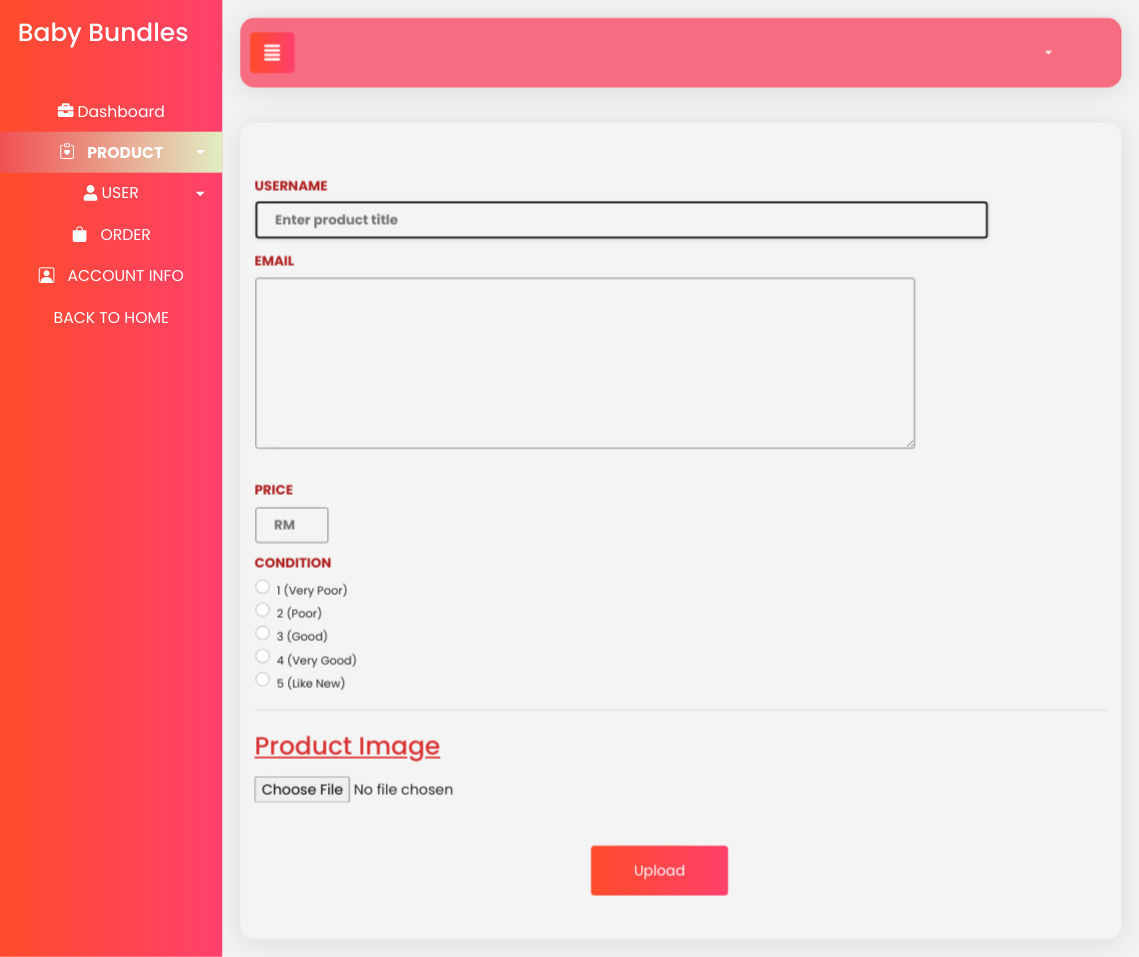
Repository: jiahow99/Baby-Bundles-University
Page: http://localhost/admin-edituser.php
An editor plug-in stored every save of this project. The page is shown before and after the next save, followed by the edit.
The browser window is 1280 px wide. The pictures show the whole page, at 89% of full size.
Some web libraries are served in a nearby version. The page is run by PHP 8.4 with error messages shown; the project is at /var/www/html/.

Above is the page before, as saved 2022-11-25 00:57:29.

### admin-edituser.php
<!DOCTYPE html>
<html>

<head>
    <meta charset="utf-8">
    <meta name="viewport" content="width=device-width, initial-scale=1.0">
    <meta http-equiv="X-UA-Compatible" content="IE=edge">

    <title>Admin-Product</title>

    <!-- Bootstrap CSS CDN -->
    <link rel="stylesheet" href="https://stackpath.bootstrapcdn.com/bootstrap/4.1.0/css/bootstrap.min.css" integrity="sha384-9gVQ4dYFwwWSjIDZnLEWnxCjeSWFphJiwGPXr1jddIhOegiu1FwO5qRGvFXOdJZ4" crossorigin="anonymous">
    <!-- Our Custom CSS -->
    <link rel="stylesheet" href="css/admin.style.css">

    <!-- Font Awesome JS -->
    <script defer src="https://use.fontawesome.com/releases/v5.0.13/js/solid.js" integrity="sha384-tzzSw1/Vo+0N5UhStP3bvwWPq+uvzCMfrN1fEFe+xBmv1C/AtVX5K0uZtmcHitFZ" crossorigin="anonymous"></script>
    <script defer src="https://use.fontawesome.com/releases/v5.0.13/js/fontawesome.js" integrity="sha384-6OIrr52G08NpOFSZdxxz1xdNSndlD4vdcf/q2myIUVO0VsqaGHJsB0RaBE01VTOY" crossorigin="anonymous"></script>
    <!-- Bootstrap Icon -->
    <link rel="stylesheet" href="https://cdn.jsdelivr.net/npm/bootstrap-icons@1.3.0/font/bootstrap-icons.css">
    <!-- JQuery -->
    <script src="https://code.jquery.com/jquery-3.5.1.min.js"></script>
    <!-- Bootstrap Icon -->
    <link rel="stylesheet" href="https://cdn.jsdelivr.net/npm/bootstrap-icons@1.9.1/font/bootstrap-icons.css" integrity="sha384-xeJqLiuOvjUBq3iGOjvSQSIlwrpqjSHXpduPd6rQpuiM3f5/ijby8pCsnbu5S81n" crossorigin="anonymous">
    <!-- JavaScript Bundle with Popper -->
    <script src="https://cdn.jsdelivr.net/npm/bootstrap@5.2.3/dist/js/bootstrap.bundle.min.js" integrity="sha384-kenU1KFdBIe4zVF0s0G1M5b4hcpxyD9F7jL+jjXkk+Q2h455rYXK/7HAuoJl+0I4" crossorigin="anonymous"></script>
    <link href="http://cdnjs.cloudflare.com/ajax/libs/font-awesome/4.3.0/css/font-awesome.css" rel="stylesheet"  type='text/css'>


</head>

<body>

    <div class="wrapper">
        <!-- Sidebar  -->
        <?php require 'admin-sidebar.php' ?>

        <!-- Page Content  -->
        <div id="content" style="background-color:#F2F2F2">
            <?php require 'admin-topnavbar.php' ?>

            <form class="container glass" id="edit-user">
                <div class="row mt-5">
                    <label for="" class="name text-uppercase col-12">Username</label>
                    <input class="input--style-6 col-10 ml-3" type="text" name="title" placeholder="Enter product title" required autofocus>
                </div>

                <div class="row mb-4">
                    <label for="" class="name text-uppercase col-12">Email</label>
                    <textarea name="description" class="textarea--style-6 ml-3 col-9" id="" rows="5"></textarea>
                </div>

                <div class="row">
                    <label for="" class="name text-uppercase col-12">Price</label>
                    <input class="input--style-6 col-1 ml-3" type="text" name="title" placeholder="RM" required>
                </div>

                <div class="row">
                            <!-- Product Condition -->
                            <label for="" class="name text-uppercase col-12">Condition</label>
                                <div class="value ml-3">
                                    <div class="form-check form-check-inline">
                                        <input class="form-check-input" type="radio" name="condition" id="inlineRadio1" value="1">
                                        <label class="form-check-label small" for="inlineRadio1">1 (Very Poor)</label>
                                    </div>
                                    <div class="form-check form-check-inline">
                                        <input class="form-check-input" type="radio" name="condition" id="inlineRadio2" value="2">
                                        <label class="form-check-label small" for="inlineRadio2">2 (Poor)</label>
                                    </div>
                                    <div class="form-check form-check-inline">
                                        <input class="form-check-input" type="radio" name="condition" id="inlineRadio3" value="3">
                                        <label class="form-check-label small" for="inlineRadio3">3 (Good)</label>
                                    </div>
                                    <div class="form-check form-check-inline">
                                        <input class="form-check-input" type="radio" name="condition" id="inlineRadio4" value="4">
                                        <label class="form-check-label small" for="inlineRadio4">4 (Very Good)</label>
                                    </div>
                                    <div class="form-check form-check-inline">
                                        <input class="form-check-input" type="radio" name="condition" id="inlineRadio5" value="5">
                                        <label class="form-check-label small" for="inlineRadio5">5 (Like New)</label>
                                    </div>
                            </div>
                        </div>


                <hr>

                <h3 style="color:#da3333;text-decoration: underline;" class="mb-3 mt-4">Product Image</h3>
                <input type="file" name="image" id="">

                <div class="row justify-content-center my-5 ">
                    <button class="btn btn-primary px-5 py-3 mr-5" type="submit">Upload</button>
                </div>

            </form>
    </div>

    <!-- Popper.JS -->
    <script src="https://cdnjs.cloudflare.com/ajax/libs/popper.js/1.14.0/umd/popper.min.js" integrity="sha384-cs/chFZiN24E4KMATLdqdvsezGxaGsi4hLGOzlXwp5UZB1LY//20VyM2taTB4QvJ" crossorigin="anonymous"></script>
    <!-- Bootstrap JS -->
    <script src="https://stackpath.bootstrapcdn.com/bootstrap/4.1.0/js/bootstrap.min.js" integrity="sha384-uefMccjFJAIv6A+rW+L4AHf99KvxDjWSu1z9VI8SKNVmz4sk7buKt/6v9KI65qnm" crossorigin="anonymous"></script>

    <script type="text/javascript">
        $(document).ready(function () {
            $('#sidebarCollapse').on('click', function () {
                $('#sidebar').toggleClass('active');
                $('#dashboardlabel').toggleClass('d-none');
                $('#userlabel').toggleClass('d-none');
                $('#productlabel').toggleClass('d-none');
                $('#orderlabel').toggleClass('d-none');
                $('#accountlabel').toggleClass('d-none');
                $('#logoutlabel').toggleClass('d-none');
            });
        });
    </script>
</body>

</html>

### admin-sidebar.php
<!-- Sidebar  -->
<nav id="sidebar">
    <div class="sidebar-header">
        <h3>Baby Bundles</h3>
        <strong>BS</strong>
    </div>

    <ul class="list-unstyled components">
        <!-- Dashboard -->
        <li id="sidebar-dashboard">
            <a href="admin-dashboard.php">
                <i class="fas fa-briefcase"></i>
                <span id="dashboardlabel">Dashboard</span>
            </a>
        </li>
        <!-- Product -->
        <li id="sidebar-product">
            <a href="#homeSubmenu" data-toggle="collapse" aria-expanded="false" class="dropdown-toggle">
                <i class="bi bi-clipboard-heart"></i>
                <span id="productlabel">PRODUCT</span>
            </a>
            <ul class="collapse list-unstyled" id="homeSubmenu">
                <li>
                    <a href="admin-addproduct.php">ADD PRODUCT</a>
                </li>
                <li>
                    <a href="admin-viewproduct.php">DELETE PRODUCT</a>
                </li>
                <li>
                    <a href="admin-viewproduct.php">VIEW ALL</a>
                </li>
            </ul>
        </li>
        <!-- User -->
        <li id="sidebar-user">
            <a href="#pageSubmenu" data-toggle="collapse" aria-expanded="false" class="dropdown-toggle">
            <i class="fas fa-solid fa-user"></i>
                <span id="userlabel">USER</span>
            </a>
            <ul class="collapse list-unstyled" id="pageSubmenu">
                <li>
                    <a href="admin-viewuser.php">DELETE USER</a>
                </li>
                <li>
                    <a href="admin-viewuser.php">VIEW USERS</a>
                </li>
            </ul>
        </li>
        <!-- Order -->
        <li id="sidebar-order">
            <a href="admin-vieworder.php">
            <i class="bi bi-bag-fill"></i>
                <span id="orderlabel">ORDER</span>
            </a>
        </li>
        <!-- Account Info -->
        <li>
            <a href="account-info.php">
                <i class="bi bi-person-square"></i>
                <span id="accountlabel">ACCOUNT INFO</span>
            </a>
        </li>
        <!-- Back to home -->
        <li>
            <a href="index.php">
                <span id="logoutlabel">BACK TO HOME</span>
            </a>
        </li>
    </ul>
</nav>

<script>

  // Add 'active' class to navigation
  function activeNav(id){
    var nav = document.getElementById(id);
    nav.classList.add('active');
  }

  var title = document.title;

  switch(title){
    case 'Admin-Product':
      activeNav('sidebar-product');
      break;
    case 'Admin-User':
      activeNav('sidebar-user');
      break;
    case 'Admin-Order':
      activeNav('sidebar-order');
      break;
    case 'Admin-Dashboard':
      activeNav('sidebar-dashboard');
      break;
  }
</script>

### admin-topnavbar.php
<nav class="navbar navbar-expand-lg navbar-light bg-admin">
    <div class="container-fluid pl-0">

        <button type="button" id="sidebarCollapse" class="btn-lg btn-primary">
            <i class="fas fa-align-justify"></i>
            <!-- <span>Toggle Sidebar</span> -->
        </button>
        <button class="btn btn-dark d-inline-block d-lg-none ml-auto" type="button" data-toggle="collapse" data-target="#navbarSupportedContent" aria-controls="navbarSupportedContent" aria-expanded="false" aria-label="Toggle navigation">
            <i class="fas fa-align-justify"></i>
        </button>

        <div class="collapse navbar-collapse" id="navbarSupportedContent">
            <ul class="nav navbar-nav ml-auto">
                <li class="nav-item dropdown mx-lg-3 col-2 col-lg-1" >
                    <a href="#" class="nav-link dropdown-toggle user-account text-white" id="userDropdownMenuLink" data-bs-toggle="dropdown" aria-haspopup="true" aria-expanded="false">
                    <?php
                    // Username
                    if(isset($_COOKIE['username'])){
                        echo $_COOKIE['username'];
                    }
                    ?>
                    </a>
                    <div class="dropdown-menu text-sm " aria-labelledby="userDropdownMenuLink">
                        <a href="account-info.php" class="dropdown-item">Account</a>
                        <a href="index.php" class="dropdown-item">Back to home</a>
                        <a href="logout.php" class="dropdown-item">Logout</a>
                    </div>
                </li>
            </ul>
        </div>
    </div>
</nav>

### css/admin.style.css
/*
    DEMO STYLE
*/

@import "https://fonts.googleapis.com/css?family=Poppins:300,400,500,600,700";

body {
    font-family: 'Poppins', sans-serif;
    background: #fafafa;
}

p {
    font-family: 'Poppins', sans-serif;
    font-size: 1.1em;
    font-weight: 300;
    line-height: 1.7em;
    color: #999;
}

a,
a:hover,
a:focus {
    color: inherit;
    text-decoration: none;
    transition: all 0.3s;
}

.navbar {
    padding: 15px 10px;
    background: #fff;
    border: none;
    border-radius: 0;
    margin-bottom: 40px;
    box-shadow: 1px 1px 3px rgba(0, 0, 0, 0.1);
}

.navbar-btn {
    box-shadow: none;
    outline: none !important;
    border: none;
}

.line {
    width: 100%;
    height: 1px;
    border-bottom: 1px dashed #ddd;
    margin: 40px 0;
}

i,
span {
    display: inline-block;
}

/* ---------------------------------------------------
    SIDEBAR STYLE
----------------------------------------------------- */

.wrapper {
    display: flex;
    align-items: stretch;
}

#sidebar {
    min-width: 250px;
    max-width: 250px;
    background: #FF416C;  /* fallback for old browsers */
    background: -webkit-linear-gradient(to right, #FF4B2B, #FF416C);  /* Chrome 10-25, Safari 5.1-6 */
    background: linear-gradient(to right, #FF4B2B, #FF416C); /* W3C, IE 10+/ Edge, Firefox 16+, Chrome 26+, Opera 12+, Safari 7+ */
    color: #fff;
    transition: all 0.3s;
}

#sidebar.active {
    min-width: 80px;
    max-width: 80px;
    text-align: center;
}

#sidebar.active .sidebar-header h3,
#sidebar.active .CTAs {
    display: none;
}

#sidebar.active .sidebar-header strong {
    display: block;
}

#sidebar ul li a {
    text-align: left;
}

#sidebar.active ul li a {
    padding: 20px 10px;
    text-align: center;
    font-size: 0.85em;
}

#sidebar.active ul li a i {
    margin-right: 0;
    display: block;
    font-size: 1.8em;
    margin-bottom: 5px;
}

#sidebar.active ul ul a {
    padding: 10px !important;
}

#sidebar.active .dropdown-toggle::after {
    top: auto;
    bottom: 10px;
    right: 50%;
    -webkit-transform: translateX(50%);
    -ms-transform: translateX(50%);
    transform: translateX(50%);
}

#sidebar .sidebar-header {
    padding: 20px;
    background: #FF416C;  /* fallback for old browsers */
    background: -webkit-linear-gradient(to right, #FF4B2B, #FF416C);  /* Chrome 10-25, Safari 5.1-6 */
    background: linear-gradient(to right, #FF4B2B, #FF416C); /* W3C, IE 10+/ Edge, Firefox 16+, Chrome 26+, Opera 12+, Safari 7+ */
}

#sidebar .sidebar-header strong {
    display: none;
    font-size: 1.8em;
}

#sidebar ul.components {
    padding: 20px 0;
}

#sidebar ul li a {
    padding: 10px;
    font-size: 1.1em;
    display: block;
    text-align: center;
}

#sidebar ul li a:hover {
    color: #dc1522;
    background: #fff;
    font-weight: bolder;
}

#sidebar ul li a i {
    margin-right: 10px;
}

#sidebar ul li.active>a,
a[aria-expanded="true"] {
    color: #fff;
    background: #e1eec3;  /* fallback for old browsers */
    background: -webkit-linear-gradient(to right, #f05053, #e1eec3);  /* Chrome 10-25, Safari 5.1-6 */
    background: linear-gradient(to right, #f05053, #e1eec3); /* W3C, IE 10+/ Edge, Firefox 16+, Chrome 26+, Opera 12+, Safari 7+ */
    font-weight: bolder;
}

a[data-toggle="collapse"] {
    position: relative;
}

.dropdown-toggle::after {
    display: block;
    position: absolute;
    top: 50%;
    right: 20px;
    transform: translateY(-50%);
}

ul ul a {
    font-size: 0.9em !important;
    padding-left: 30px !important;
    background: #6d7fcc;
}

ul.CTAs {
    padding: 20px;
}

ul.CTAs a {
    text-align: center;
    font-size: 0.9em !important;
    display: block;
    border-radius: 5px;
    margin-bottom: 5px;
}

a.download {
    background: #fff;
    color: #7386D5;
}

a.article,
a.article:hover {
    background: #6d7fcc !important;
    color: #fff !important;
}

/* ---------------------------------------------------
    CONTENT STYLE
----------------------------------------------------- */

#content {
    width: 100%;
    padding: 20px;
    min-height: 100vh;
    transition: all 0.3s;
}

/* ---------------------------------------------------
    MEDIAQUERIES
----------------------------------------------------- */

@media (max-width: 768px) {
    #sidebar {
        min-width: 80px;
        max-width: 80px;
        text-align: center;
        margin-left: -80px !important;
    }
    .dropdown-toggle::after {
        top: auto;
        bottom: 10px;
        right: 50%;
        -webkit-transform: translateX(50%);
        -ms-transform: translateX(50%);
        transform: translateX(50%);
    }
    #sidebar.active {
        margin-left: 0 !important;
    }
    #sidebar .sidebar-header h3,
    #sidebar .CTAs {
        display: none;
    }
    #sidebar .sidebar-header strong {
        display: block;
    }
    #sidebar ul li a {
        padding: 20px 10px;
    }
    #sidebar ul li a span {
        font-size: 0.85em;
    }
    #sidebar ul li a i {
        margin-right: 0;
        display: block;
    }
    #sidebar ul ul a {
        padding: 10px !important;
    }
    #sidebar ul li a i {
        font-size: 1.3em;
    }
    #sidebar {
        margin-left: 0;
    }
    #sidebarCollapse span {
        display: none;
    }
}

#homeSubmenu li a,#pageSubmenu li a{
    background: #ED213A;  /* fallback for old browsers */
    background: -webkit-linear-gradient(to right, #93291E, #ED213A);  /* Chrome 10-25, Safari 5.1-6 */
    background: linear-gradient(to right, #93291E, #ED213A); /* W3C, IE 10+/ Edge, Firefox 16+, Chrome 26+, Opera 12+, Safari 7+ */



}

.btn-primary{
    background: #ffffff;  /* fallback for old browsers */
    background: -webkit-linear-gradient(to right, #FF4B2B, #FF416C);  /* Chrome 10-25, Safari 5.1-6 */
    background: linear-gradient(to right, #FF4B2B, #FF416C); /* W3C, IE 10+/ Edge, Firefox 16+, Chrome 26+, Opera 12+, Safari 7+ */
    border: 0;
    cursor: pointer;
}

.glass{
/* From https://css.glass */
background: rgba(255, 255, 255, 0.18);
border-radius: 16px;
box-shadow: 0 4px 30px rgba(0, 0, 0, 0.1);
backdrop-filter: blur(20px);
-webkit-backdrop-filter: blur(20px);
border: 1px solid rgba(255, 255, 255, 0.13);
}

.input--style-6, .textarea--style-6 {
    background: transparent;
    line-height: 38px;
    border: 1px solid #7b7676;
    -webkit-border-radius: 3px;
    -moz-border-radius: 3px;
    border-radius: 3px;
    color: #666;
    font-size: 15px;
    font-weight: bold;
    -webkit-transition: all 0.4s ease;
    -o-transition: all 0.4s ease;
    -moz-transition: all 0.4s ease;
    transition: all 0.4s ease;
    padding: 0 20px;
}

.input--style-6:focus,
.textarea--style-6:focus {
  -webkit-box-shadow: 0px 1px 5px 0px rgba(0, 0, 0, 0.15);
  -moz-box-shadow: 0px 1px 5px 0px rgba(0, 0, 0, 0.15);
  box-shadow: 0px 1px 5px 0px rgba(0, 0, 0, 0.15);
  -webkit-transform: translateY(-3px);
  -moz-transform: translateY(-3px);
  -ms-transform: translateY(-3px);
  -o-transform: translateY(-3px);
  transform: translateY(-3px);
  border: 2px solid #7b7676;

}

.name{
    width: 188px;
  color: rgb(175, 33, 33);
  font-size: 15px;
  font-weight: 700;
  margin-top: 11px;
  font-family: "Poppins", sans-serif;
}

.form-check {
    display: block;
    min-height: 1.5rem;
    padding-left: 1.5em;
    margin-bottom: 0.125rem;
}

.form-check .form-check-input {
float: left;
margin-left: -1.5em;
}

.form-check-input {
width: 1em;
height: 1em;
margin-top: 0.25em;
vertical-align: top;
background-color: #fff;
background-repeat: no-repeat;
background-position: center;
background-size: contain;
border: 1px solid rgba(0, 0, 0, 0.25);
-webkit-appearance: none;
-moz-appearance: none;
appearance: none;
-webkit-print-color-adjust: exact;
color-adjust: exact;
}

.form-check-input[type="checkbox"] {
border-radius: 0.25em;
}

.form-check-input[type="radio"] {
border-radius: 50%;
}

.form-check-input:active {
filter: brightness(90%);
}

.form-check-input:focus {
border-color: #ed9999;
outline: 0;
box-shadow: 0 0 0 0.25rem rgba(218, 51, 51, 0.25);
}

.form-check-input:checked {
background-color: #da3333;
border-color: #da3333;
}

.form-check-input:checked[type="checkbox"] {
background-image: url("data:[embedded picture, 214 characters]");
}

.form-check-input:checked[type="radio"] {
background-image: url("data:[embedded picture, 126 characters]");
}

.form-check-input[type="checkbox"]:indeterminate {
background-color: #da3333;
border-color: #da3333;
background-image: url("data:[embedded picture, 208 characters]");
}

.form-check-input:disabled {
pointer-events: none;
filter: none;
opacity: 0.5;
}

.form-check-input[disabled] ~ .form-check-label, .form-check-input:disabled ~ .form-check-label {
opacity: 0.5;
}

.form-switch {
padding-left: 2.5em;
}

.form-switch .form-check-input {
width: 2em;
margin-left: -2.5em;
background-image: url("data:[embedded picture, 143 characters]");
background-position: left center;
border-radius: 2em;
transition: background-position 0.15s ease-in-out;
}

.user{
    color: black;
    font-weight: bold;
}

.user-row{
    border: 1px solid black;
}

.bg-admin{
/* From https://css.glass */
background: rgba(248, 40, 70, 0.66);
border-radius: 16px;
box-shadow: 0 4px 30px rgba(0, 0, 0, 0.1);
backdrop-filter: blur(6.9px);
-webkit-backdrop-filter: blur(6.9px);
border: 1px solid rgba(248, 40, 70, 0.3);
}

After the next save:
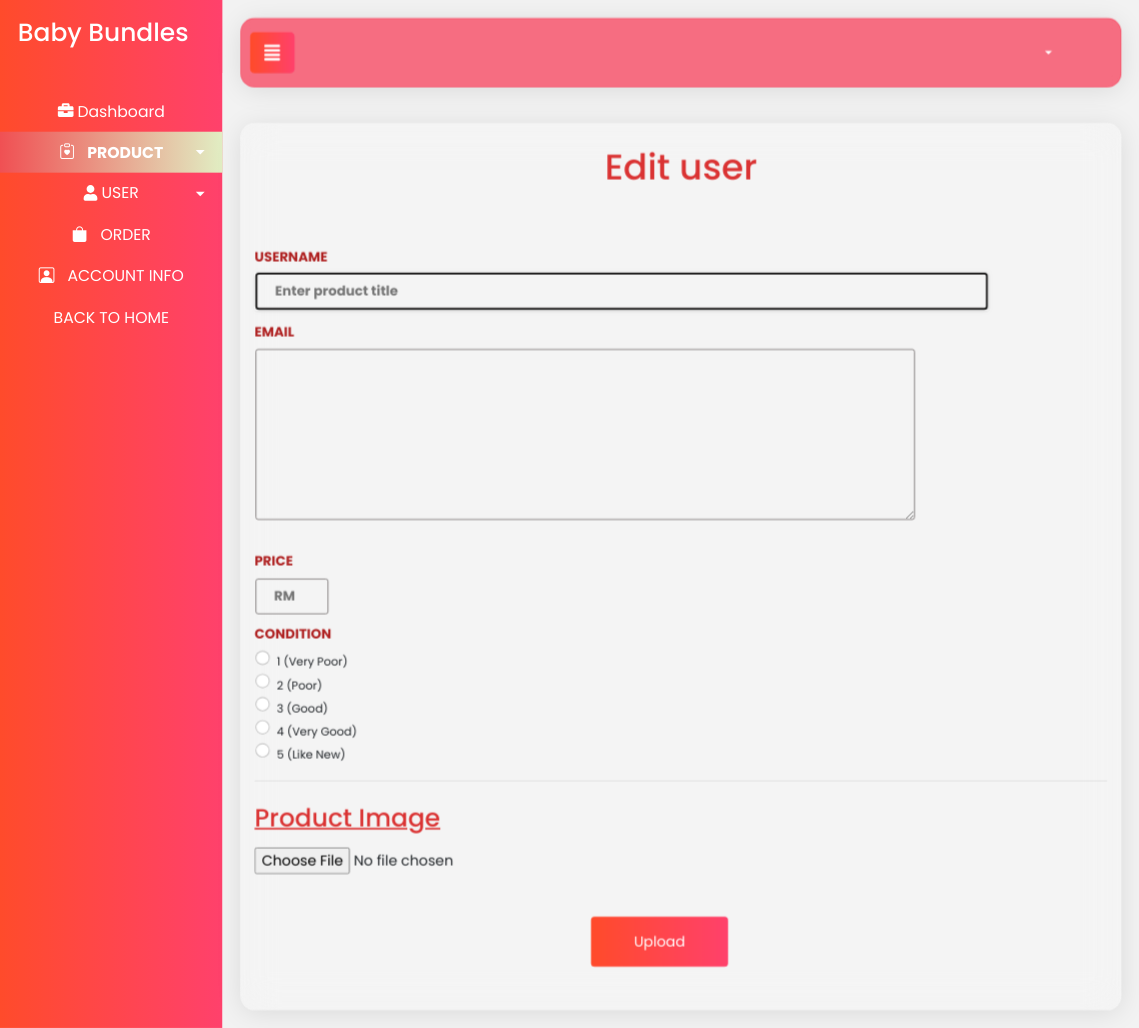
Saved 16 s later.
--- a/admin-edituser.php
+++ b/admin-edituser.php
@@ -39,7 +39,10 @@
         <div id="content" style="background-color:#F2F2F2">
             <?php require 'admin-topnavbar.php' ?>
 
-            <form class="container glass" id="edit-user">
+            <form class="container glass" id="edit-product">
+                <div class="row justify-content-center mt-4 mb-3">
+                   <h1 style="color:#da3333">Edit user</h1>
+                </div>
                 <div class="row mt-5">
                     <label for="" class="name text-uppercase col-12">Username</label>
                     <input class="input--style-6 col-10 ml-3" type="text" name="title" placeholder="Enter product title" required autofocus>
